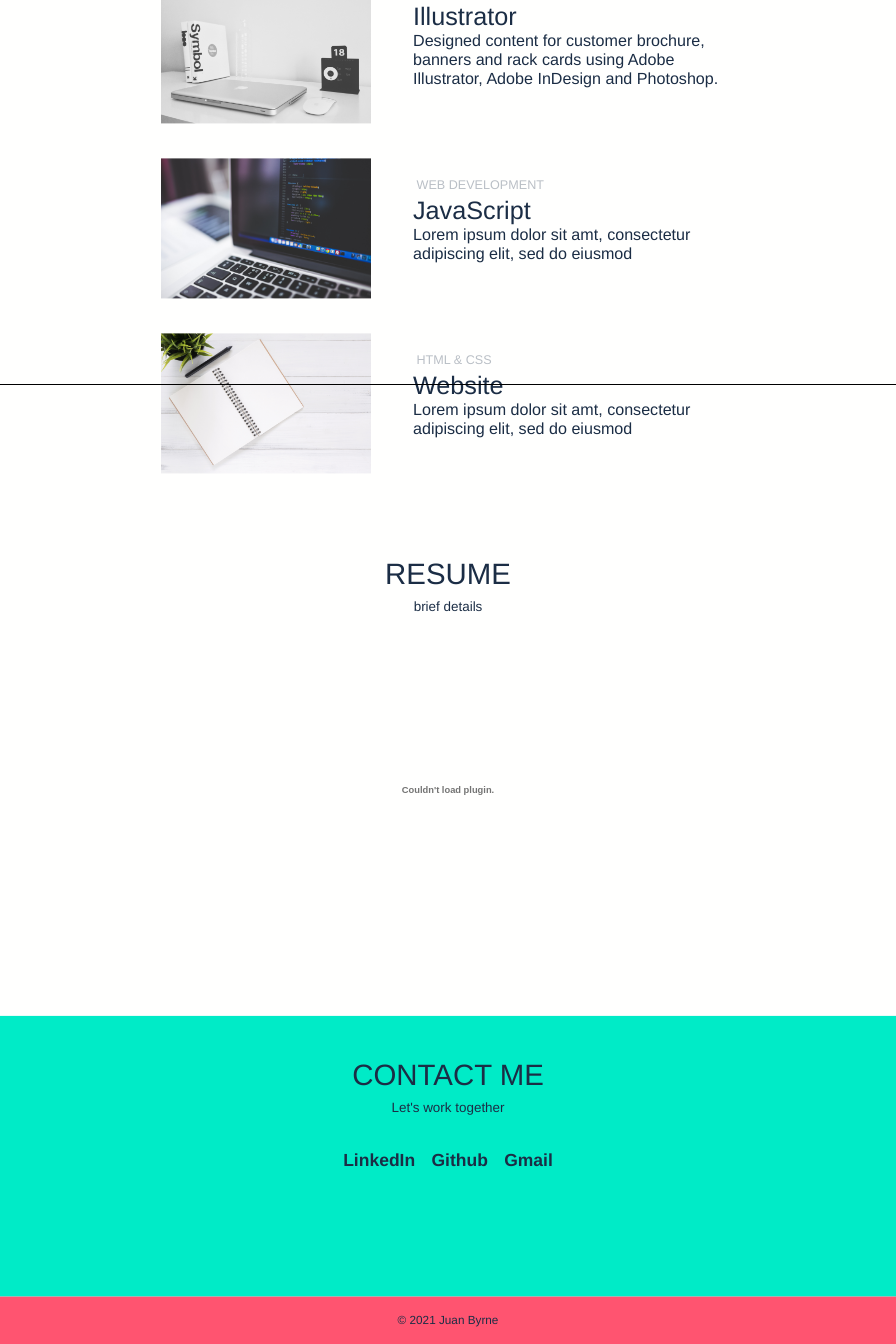
Repository: jb150524/JB-Portfolio
Page: index.html
An editor plug-in stored every save of this project. The page is shown before and after the next save, followed by the edit.
The browser window is 1280 px wide. The pictures show the part of the page from y = 2356 to 4276 px (the page is 4276 px tall before and 3976 px after), at 70% of full size.
Some icons come from a web library that is not loaded, so they are not drawn.

Above is the page before, as saved 2021-07-28 00:15:37.

### index.html
<!DOCTYPE html>
<!-- saved from url=(0053)file:///Users/jja/FullStack_HW/juanwebsite/index.html -->

    <html lang="en"><head><meta http-equiv="Content-Type" content="text/html; charset=UTF-8">

    <meta http-equiv="X-UA-Compatible" content="IE=edge">
    <meta name="viewport" content="width=device-width, initial-scale=1.0">

    <!-- CSS style sheet -->
    <link rel="stylesheet" href="style.css">



    <title>Juan's Portfolio</title>
    </head>

    <body>
    <header>
      <nav class="top-nav">
       <ul class="nav-list">
       <li>
       <a href="file:///Users/jja/FullStack_HW/juanwebsite/index.html">Home</a>
       <a href="file:///Users/jja/FullStack_HW/juanwebsite/index.html#about">About</a>
       <a href="file:///Users/jja/FullStack_HW/juanwebsite/index.html#portfolio">Portfolio</a>
       <a href="file:///Users/jja/FullStack_HW/juanwebsite/index.html#resume">Resume</a>
       <a href="file:///Users/jja/FullStack_HW/juanwebsite/index.html#contact">Contact</a>
       </li>
      </ul>
      </nav>

    <div class="main">
      <div class="landing-text">
        <h1>JuanByrne</h1>
        <h6>Graphic Designer and Web Developer</h6>
      </div>
    </div>
    </header>

    <section class="about" id="about">
      <div class="container">
          <a class="about-details">
        <div class="about-heading">
          <h1>About</h1>
          <h6>Myself</h6>
        </div>
        <p>
        I'm a Graphic Designer trying to become a full stack developer. I am from Guadalajara, Mexico. I was born in Mexico, but at a young age I moved to the USA. One of my favorite hobbies is playing competative soccer. Playing soccer has taught me perseverance, how to be a team player, and most importantly how to lose. I currently live in Wayne, Pennsylvania, but have previously lived in Guadalajara, Mexico and Orange County, California. I want to become a web developer because I want to learn a skill that motivates me and pushes me to try new things. I am excited about web developing and want a career that gives me a spark, like I get when I play soccer, with competitiveness, passion, and the belief that I can succeed.
        </p>
          </a>
      </div>
    </section>
      <a class="about-details">
        <section class="experience" id="experience">
            <div class="container">
              <div class="section-heading">
                <h1>Experience</h1>
                <h6>What I can do for you</h6>
              </div>
        <div class="my-skills">
          <div class="skills" ="">
           <div class="icon-container">
            <i class="fas fa-code"></i>
          </div>
            <h1>Graphic Designer</h1>
            <p>
            I'm a Graphic Designer with 2 years of experience working in the advertising industry. Possesses a high degree of competence using programs such as Adobe Photoshop, InDesign, and HTML & CSS.
            </p>
        </div>

        <div class="skills">
          <div class="icon-container">
            <i class="fas fa.codse"></i>
          </div>
            <h1>Web Development</h1>
            <p>
            Learning to become a Web developer and to sharpen my skills. I have a great understanding in Javascript and HTML & CSS.
            </p>
          </div>
        </div>
        </div>
      </section>
    </a>

      <section class="portfolio" id="portfolio"><a class="about-details"></a>
        <div class="container"><a class="about-details">
          <div class="section-heading">
            <h1>Portfolio</h1>
            <h6>View my recent work</h6>
            </a>
            </div>
          </div>
          <div class="portfolio-item"><a class="about-details">
            <div class="portfolio-img has-margin-right">
              <img src="images/desk.jpg" alt="">
            </a>
            </div>
              </a><div class="portfolio-description"><a class="about-details">
              <h6>Graphic Designer</h6>
              <h1>Illustrator</h1>
              <p>
              Designed content for customer brochure, banners and rack cards using Adobe Illustrator, Adobe InDesign and Photoshop.
              </p>
            </a><a href="file:///Users/jja/FullStack_HW/juanwebsite/index.html#" class="cta"> View Details</a>
        </div>
        </div>
        <div>

     <div class="portfolio-item">
          <div class="portfolio-img has-margin-right">
            <img src="images/laptop.jpg" alt="">
            </div>
            <div class="portfolio-description">
            <h6>Web Development</h6>
            <h1>JavaScript</h1>
            <p>
            Lorem ipsum dolor sit amt, consectetur adipiscing elit, sed do eiusmod
            </p>
            <a href="file:///Users/jja/FullStack_HW/juanwebsite/index.html#" class="cta"> View Details</a>
            </div>
        </div>

      <div>
          <div class="portfolio-item">
            <div class="portfolio-img has-margin-right">
              <img src="images/notebook.jpg" alt="">
              </div>
              <div class="portfolio-description">
              <h6>HTML & CSS</h6>
              <h1>Website</h1>
              <p>
              Lorem ipsum dolor sit amt, consectetur adipiscing elit, sed do eiusmod
              </p>
              <a href="file:///Users/jja/FullStack_HW/juanwebsite/index.html#" class="cta"> View Details</a>
            </div>
          </div>
      </div>
    </section>

    <section class="resume" id="resume">
      <div class="container">
        <div class="section-heading">
        <h1>Resume</h1>
        <h6>brief details</h6>
        <embed src="JByrne Resume 2021 FINAL.pdf" type="application/pdf" width="55%" height="400px" />
        <!-- <input type="button" value="Download!"> -->
        </div>
        </div>

    <section class="contact" id="contact">
        <div class="container">
          <div class="section-heading">
          <h1>Contact Me</h1>
          <ul>
          <li>
          <h6>Let's work together</h6>
          <a href="file:///Users/jja/FullStack_HW/juanwebsite/www.linkedin.com/in/juan-byrne-43869ab7">LinkedIn</a>
          <a href="https://github.com/jb150524">Github</a>
          <a href="file:///Users/jja/FullStack_HW/juanwebsite/juan1505@gmail.com">Gmail</a>
          </li>
          </ul>
        </div>
       </div>
    </section>

    <footer class="copyright">
      <div class="up" id="up">
       <i class="fas fa-chevron-up"></i>
      </div>
      <p>© 2021 Juan Byrne</p>
    </footer>
  </section>

   <!-- adding icons -->
   <script src="https://fontawesome.com/v5.15/icons/code?style=solid" crossorigin="anonymous"></script>

</body>
</html

### style.css
/* Start global*/

* {
    margin: 0;
    padding: 0;
    box-sizing: border-box;
}

html {
    font-size: 12px;
    font-family: Helvetica, sans-serif;
    /* color: rgb(255, 255, 255); */
}

body {
    width: 100%;
    height: 100%;
    background-color: #fffffe;
    background-size: cover;
}

section {
    padding: 60px 0;
}

h6 {
    color: #1b2d45;
    margin: 5px;
}

a {
    text-decoration: none;
    color: #1b2d45;
}

p {
   font-size: 23px;
   font-weight: 300;
   color: #1b2d45;
}



img {
    max-width: 100%;
    height: auto;
}

.main {
    padding: 16px;
    margin-top: 30px;
    height: 1500px; /* Used in this example to enable scrolling */
  }

/* Start reusable*/

.container {
    width: 50%;
    max-width: 120rem;
    height: 100%;
    margin: 0 auto;
    position: relative;
}

.container-details p {
    font-size: 200px;
    padding: 35px;
}

.section-heading {
    text-align: center;
    margin-bottom: 10rem;
}

.section-heading h1 {
    font-family: major mono display, Helvetica, sans-serif;
    font-size: 3.5rem;
    color: #1b2d45;
    text-transform: uppercase;
    font-weight: 300;
    position: relative;
    margin-bottom: 1rem;
}

.section-heading h1::before,
.section-heading h1::after {
    content: "";
    position: absolute;
    bottom: -.5rem;
    left: 50%;
    transform: translateX(-59%);
    background: color #fff8e8;
}

.section-heading h1::before {
    width: 10rem;
    height: 3px;
    border-radius: .8rem;
}

.section-heading h1::after {
    height: 1.5rem;
    border-radius: .100%;
    bottom: 1rem;
}

.section-heading h6 {
    font-size: 1.6rem;
    font-weight: 300;
    margin-bottom: 50px;
}

.has-margin-right {
    margin-right: 5rem;
}
/* End reusable*/

/* Start header*/
header {
    width: 100%;
    height: 100vh;
}

.nav-list {
    z-index: 2;
    top: 0;
    background:#00ebc7;
    overflow: hidden;
    font-size: 35px;
    font-family: major mono display;
    margin: 0;
    padding: 20px;
    position: fixed;
    list-style: none;
    width: 100%;
    display: flex;
    justify-content: center;
    align-items: flex-start;
    text-decoration: none;
}

li {
    margin: 0;
    list-style: none;
}

.nav-link {
    font-family: Arial, Helvetica, sans-serif;
    font-size: 15px;
    padding: 5px;
}

.nav-link:hover,
.nav-ink:focus {
    background: linear-gradient(to top, #5725b3, #9e91e9 );
    -webkit-background-clip: text;
    -webkit-text-fill-color: transparent;

}

.landing-text{
    position: absolute;
    top: 50%;
    left: 50%;
    transform: translate(-50%, -50%);
    width: 100%;
    text-align: center;
    z-index: 1;
}

.landing-text h1 {
    font-size: 150px;
    font-family: major mono display, Helvetica, sans-serif, Helvetica, sans-serif;
    background: linear-gradient(to top, #110202, #000000 );
    -webkit-background-clip: text;
    -webkit-text-fill-color: transparent;
    padding: 1rem;
    user-select: none;

}

.landing-text h6 {
    font-size: 2rem;
    font-weight: 300;
}
/* End header*/

.about .container {
    display: flex;
    align-items: center;
    justify-content: center;
}

.about-heading {
    text-align: center;
    text-transform: uppercase;
    line-height: 10px;
    margin-bottom: 6rem;
}

.about-heading h1 {
    font-size: 10rem;
    opacity: .3;
    font-family: major mono display;
}

.about-heading h6 {
    font-size: 2rem;
    font-weight: 300;
}

/* .about-container p {
   font-size: 50px;
} */

.profile-img {
    max-width: 100%;
    display: inline-block;
}

/* Start services*/

.my-skills {
    display: grid;
    grid-template-columns: repeat(auto-fit, minmax(25rem, 1fr));
    grid-gap: 2.5rem;
    text-align: center;
}

.skills p {
    padding: 15px 5px 5px 5px;
    text-align: left;
}

.skills h1 {
    text-transform: uppercase;
    letter-spacing: 2px;
    margin: 2rem -2px 2rem 0;
}

.icon-container {
    width: 10rem;
    height: 10rem;
    border: 2px solid #1b2d45;
    background-color: #00ebc7;
    margin-bottom: 2rem;
    display: inline-block;
}

.icon-container i {
    color:#1b2d45;
    font-size: 5rem;
    margin: auto;
}
/* End services*/

/* Start portfolio*/

.portfolio-item {
    display: flex;
    align-items: end;
    justify-content: center;
    flex-direction: row;
    flex-wrap: wrap;
    align-content: stretch;
    margin-bottom: 50px;

}
.portfolio-img {
    width: 300px;
    height: 200px;
    background-size: 100%;
}

.portfolio-item:last-child {
    margin: 0;
}

.portfolio-description {
    flex: .5;
    color: #1b2d45;

}

.portfolio-description h1 {
    font-size: 3rem;
    font-weight: 300;
    margin: 1px 0;
    display: contents;
}

.portfolio-description h6 {
    font-size: 1.5rem;
    text-transform: uppercase;
    font-weight: 300;
    opacity: 0.3;
}

.portfolio-description .cta {
    display: inline-block;
    margin-top: 2.5rem;
    font-size: 1.5rem;
    text-transform: uppercase;
    color: #fffffe;
    transition: color 650ms;
}

.portfolio-description .cta:hover {
    color: #2f67cd;
}
/* End portfolio*/


/*Star contact*/

.contact {
    background-color:#00ebc7;
}

.contact a {
    font-weight: bold;
    margin: 10px;
    margin-top: 20px;
    padding: 15px 0;
    text-align: center;
    font-size: 25px;
}

/*End contact*/

/*Star footer*/

.copyright {
    width: 100%;
    text-align: center;
    background-color:#ff5470;
    padding: 2rem 0;
    position: absolute;
    display: block;
}

/* .up {
    position: absolute;
    width: 5rem;
    height: 5rem;
    background-color: burlywood;
    top: -2.5rem;
    right: 5rem;
    border-radius: 100%;
    display: flex;
    animation: pulse 2s infinite;
    cursor: pointer;
}

.up i {
    color: navy;
    font-size: 2rem;
    margin: auto;
} */

.copyright p {
    font-size: 1.4rem;
}
/*End footer*/

/*Start Button animation*/

@keyframes pulse {
    0%{
        box-shadow: 0 0 0 0 rgba(253, 87, 191, 0.99);
    }
    70%{
        box-shadow: 0 0 0 2rem rgba(253, 87, 191, 0);
    }
    100%{
        box-shadow: 0 0 0 0 rgba(253, 87, 191, 0);
    }
}
/*End Button animation*/

/*Start media queries*/

@media screen and (max-width: 768px) {
    body {
        background-color: #fffffe;
        background-size: cover;
    }

    .landing-text h1 {
        font-size: 70px;
    }

    .landing-text h6 {
        font-size: 1.7rem;
    }

    .nav-list {
        font-size: 15px;
    }

    li {
        margin: 2rem 0;
    }

    .nav-ink {
        font-size: 4.5rem;
    }

    .about-heading {
        font-size: 15px;
    }

    .section-heading h1 {
        font-size: 3rem;
    }

    .about-details .nav-list {
        flex-direction: initial;
    }

    .about-details li {
        font-size: 10px;
        margin: 0 2rem;
    }

@media screen and (max-width: 600px) {

    .landing-text h1 {
        font-size: 8rem;
    }

    .landing-text h6 {
        font-size: 1.4rem;
    }

    .nav-link {
        font-size: 3.5rem;
    }

    .profile-img {
        margin-top: 0 0 7rem 0;
    }

    .portfolio-item {
        flex-direction: column;
    }

    .portfolio-img {
        margin: 0 0 2rem 0;
        order: 1;
    }

    .portfolio-description {
        margin: 0;
        order: 2;
    }

    form {
        width: 100%;
    }

    .up {
        right: 2rem;
    }
}
/*End media queries*/

After the next save:
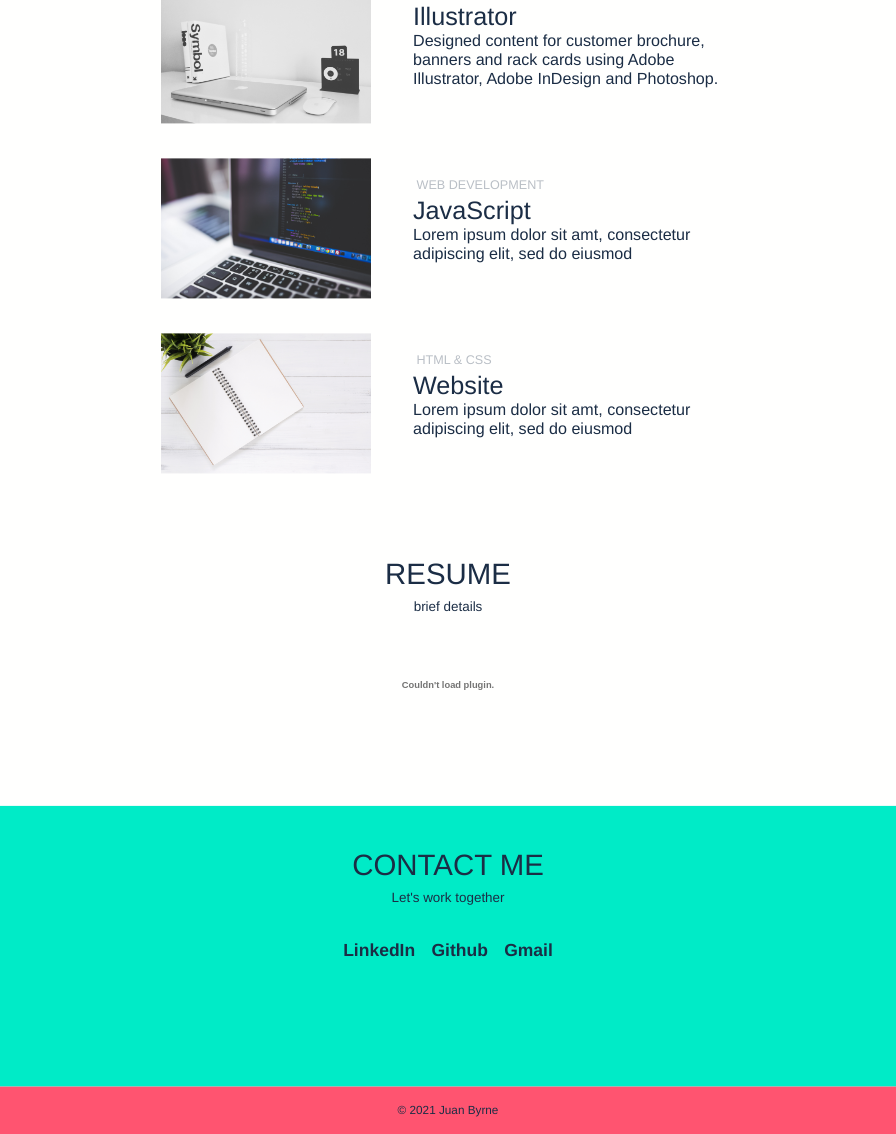
Saved 22 min 49 s later.
--- a/index.html
+++ b/index.html
@@ -139,12 +139,12 @@
     <section class="resume" id="resume">
       <div class="container">
         <div class="section-heading">
-        <h1>Resume</h1>
-        <h6>brief details</h6>
-        <embed src="JByrne Resume 2021 FINAL.pdf" type="application/pdf" width="55%" height="400px" />
-        <!-- <input type="button" value="Download!"> -->
+          <h1>Resume</h1>
+          <h6>brief details</h6>
+          <embed src="JByrne Resume 2021 FINAL.pdf" type="application/pdf" width="55%" height="100px" />
+          <!-- <input type="button" value="Download!"> -->
         </div>
-        </div>
+      </div>
 
     <section class="contact" id="contact">
         <div class="container">
